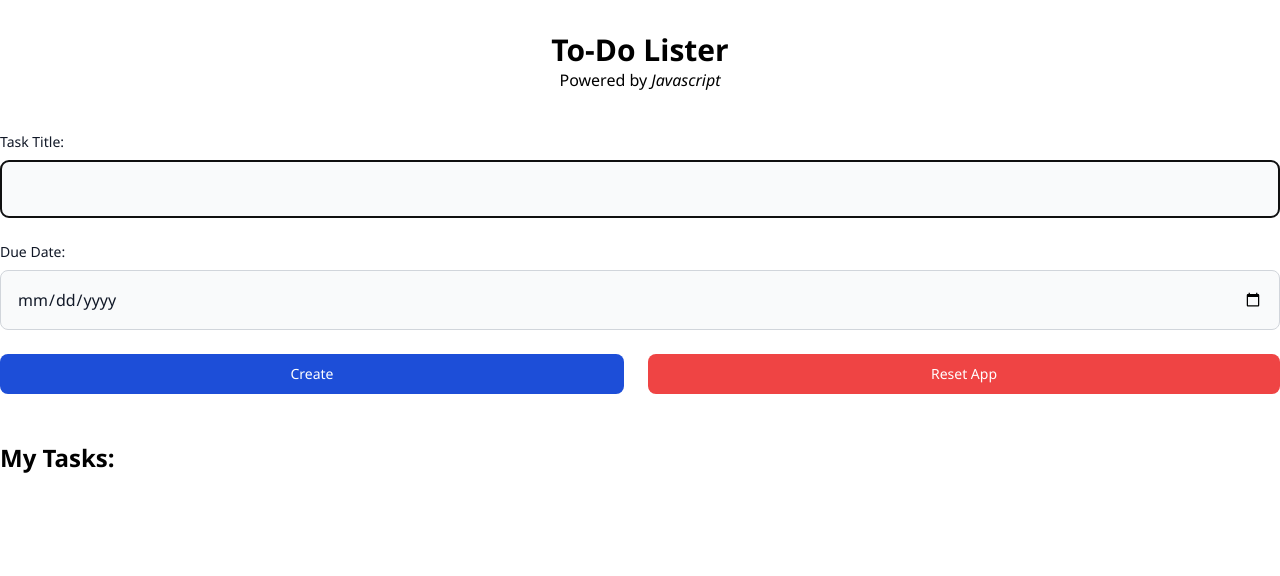
Repository: vxyux/to-do-lister
Page: index.html
An editor plug-in stored every save of this project. The page is shown before and after the next save, followed by the edit.
The browser window is 1280 px wide. The pictures show the whole page.
Some web libraries are served in a nearby version.

Above is the page before, as saved 2023-09-06 13:52:57.

### index.html
<!DOCTYPE html>
<html lang="en">
<head>
  <meta charset="UTF-8">
  <meta name="viewport" content="width=device-width, initial-scale=1.0">
  <title>Javascript To-Do Lister</title>
  <link rel="stylesheet" href="stylesheet.css">
  <script src="https://cdn.tailwindcss.com"></script>
  <script src="app.js" async></script>
</head>
<body>

  <div class="container mx-auto">
    <div class="text-center mt-8">
      <h1 class="text-3xl font-bold">
        To-Do Lister
      </h1>
      <p>Powered by <i>Javascript</i></p>
    </div>

    <div class="mt-10">

      <div class="mb-6">
        <label for="userInput" class="block mb-2 text-sm font-medium text-gray-900">
          Task Title:
        </label>
        <input type="text" id="userInput" autofocus class="block w-full p-4 text-gray-900 border border-gray-300 rounded-lg bg-gray-50 sm:text-md focus:ring-blue-500 focus:border-blue-500 dark:bg-gray-700 dark:border-gray-600 dark:placeholder-gray-400 dark:text-white dark:focus:ring-blue-500 dark:focus:border-blue-500">
      </div>

      <div class="mb-6">
        <label for="userInput" class="block mb-2 text-sm font-medium text-gray-900">
          Due Date:
        </label>
        <input type="date" min="now();" id="datePickerId" autofocus class="block w-full p-4 text-gray-900 border border-gray-300 rounded-lg bg-gray-50 sm:text-md focus:ring-blue-500 focus:border-blue-500 dark:bg-gray-700 dark:border-gray-600 dark:placeholder-gray-400 dark:text-white dark:focus:ring-blue-500 dark:focus:border-blue-500">
      </div>

      <div class="grid grid-cols-2 gap-4">
        <button type="submit" onclick="newTask()" class="text-white bg-blue-700 hover:bg-blue-800 focus:ring-4 focus:ring-blue-300 font-medium rounded-lg text-sm px-5 py-2.5 mr-2 mb-2 dark:bg-blue-600 dark:hover:bg-blue-700 focus:outline-none dark:focus:ring-blue-800">
          <span>
            Create
          </span>
        </button>

        <button type="submit" onclick="resetApp()" class="float-right text-white bg-red-500 hover:bg-red-700 focus:ring-4 focus:ring-blue-300 font-medium rounded-lg text-sm px-5 py-2.5 mb-2 dark:bg-red-600 dark:hover:bg-red-700 focus:outline-none dark:focus:ring-blue-800">
          <span>
            Reset App
          </span>
        </button>
      </div>

    </div>

    <div class="mt-10">
      <h3 class="text-2xl mb-4 font-bold">My Tasks:</h3>
      <ul id="to-dos">
        <!-- <li class="task_item" id="1" onclick="completeTask(this.id)">
          This is the first task.
        </li> -->
      </ul>
    </div>

  </div>
</body>
</html>

### stylesheet.css
*
{
  font-family: 'Segoe UI', Tahoma, Geneva, Verdana, sans-serif;
}

.container {
  max-width: 500px;
}

.task_item {
  border-style: solid;
  border-width: 4px;
  border-color: blue;
  font-weight: bold; /* Making font bold */
  border-radius: 10px; /* Making border radius */
  width: auto; /* Making auto-sizable width */
  height: auto; /* Making auto-sizable height */
  padding: 5px 30px 10px 30px; /* Making space around letters */
  margin-bottom: 8px;

  transition: 250ms;
}

.task_item:hover {
  background-color: red;
  border-color: red;
  transition: 250ms;
}

### app.js
// gets localstorage for todos else create a new array
let todolist = JSON.parse(localStorage.getItem('todos')) || [];
let count = 0;

let todaysDate = new Date().toISOString().split('T')[0];

let toDoTitle = document.getElementById('userInput');
let DueDate = document.getElementById('datePickerId');

// set minimum attribute for datePickerId as today
DueDate.min = todaysDate;

// when page is loading, run retrieveTasks function
retrieveTasks();

function newTask() {
  // get the data provided by the user from the input field
  let userInput = document.getElementById('userInput').value;
  let dueInput = document.getElementById('datePickerId').value;

  if (IsEmpty(userInput) && dueInput >= todaysDate) {
    // not empty
    const todo = { id: Date.now(), task: userInput, due: dueInput };

    // push the new task to the todolist JSON
    todolist.push(todo);

    localStorage.setItem('todos', JSON.stringify(todolist));

    //console.log(JSON.stringify(todolist, null, 2));

    // call to function that creates a new 'li' element
    output(todo);

    // increment count and save into localStorage
    count++;
    localStorage.setItem('count-todos', count);
  } else {
    // indeed empty
    alert('There seems to be something wrong with your data...');
  }
}

function output(todo) {
  // define tag that creates a new element under the tag 'li'
  let tag = document.createElement('li');

  // adding class 'task_item', id as the next number, and onclick on the corresponding function to that tag.
  tag.classList.add('task_item');
  tag.setAttribute('id', todo.id);

  /*
    stands rather the same as tag.onclick = function () {}
  */
  tag.onclick = () => completeTask(todo.id);

  // assign the userInput let with content
  let content = document.createTextNode(todo.task);
  tag.appendChild(content); // make tag the content's parent

  // define the element tag with the to-dos list ul
  let element = document.getElementById('to-dos');

  // make element the tag's parent
  element.appendChild(tag);
}

function completeTask(task_id) {
  //remove it from front-end
  let completedTask = document.getElementById(task_id);
  completedTask.remove();

  // as the name suggest, it filters out the filter where it takes out the completed task id
  todolist = todolist.filter((todo) => todo.id !== task_id);

  // in order to save data in localStorage, the object 'todolist' must be converted to string
  localStorage.setItem('todos', JSON.stringify(todolist));

  count--;
  localStorage.setItem('count-todos', count);

  //console.log(result);
}

function retrieveTasks() {
  todolist.forEach((element) => console.log(element));

  todolist.forEach((element) => output(element));
}

function resetApp() {
  localStorage.clear();
  location.reload();
}

function IsEmpty(input) {
  if (input === '') {
    return false;
  }
  return true;
}

After the next save:
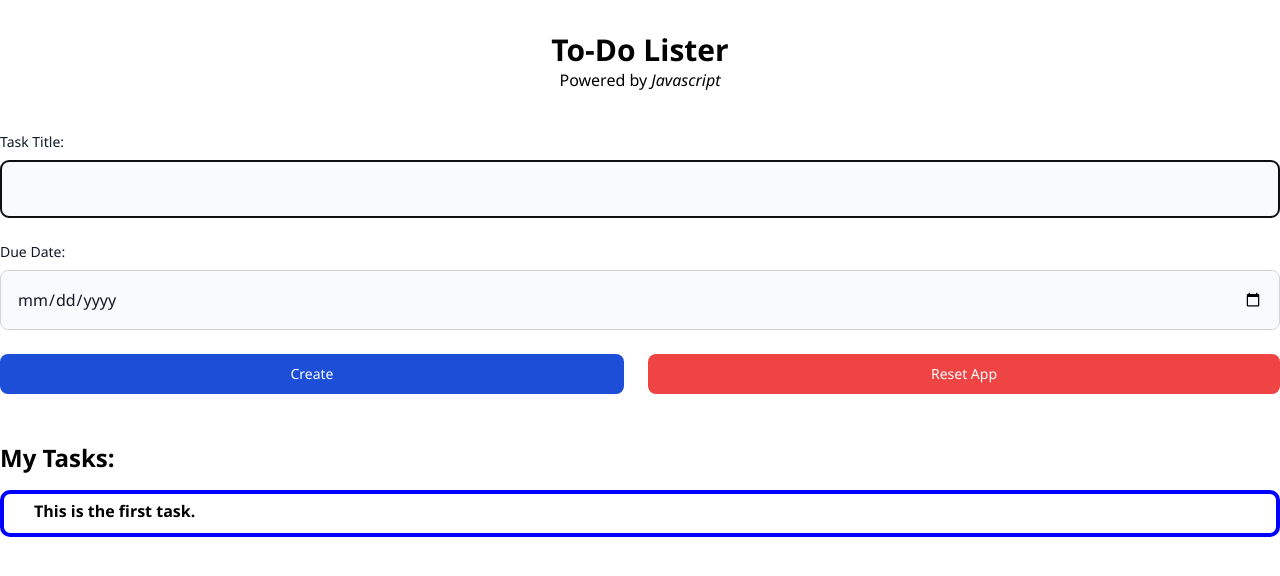
Saved 73 s later.
--- a/index.html
+++ b/index.html
@@ -53,9 +53,9 @@
     <div class="mt-10">
       <h3 class="text-2xl mb-4 font-bold">My Tasks:</h3>
       <ul id="to-dos">
-        <!-- <li class="task_item" id="1" onclick="completeTask(this.id)">
+        <li class="task_item" id="1" onclick="completeTask(this.id)">
           This is the first task.
-        </li> -->
+        </li>
       </ul>
     </div>
 

After the 6 saves that followed:
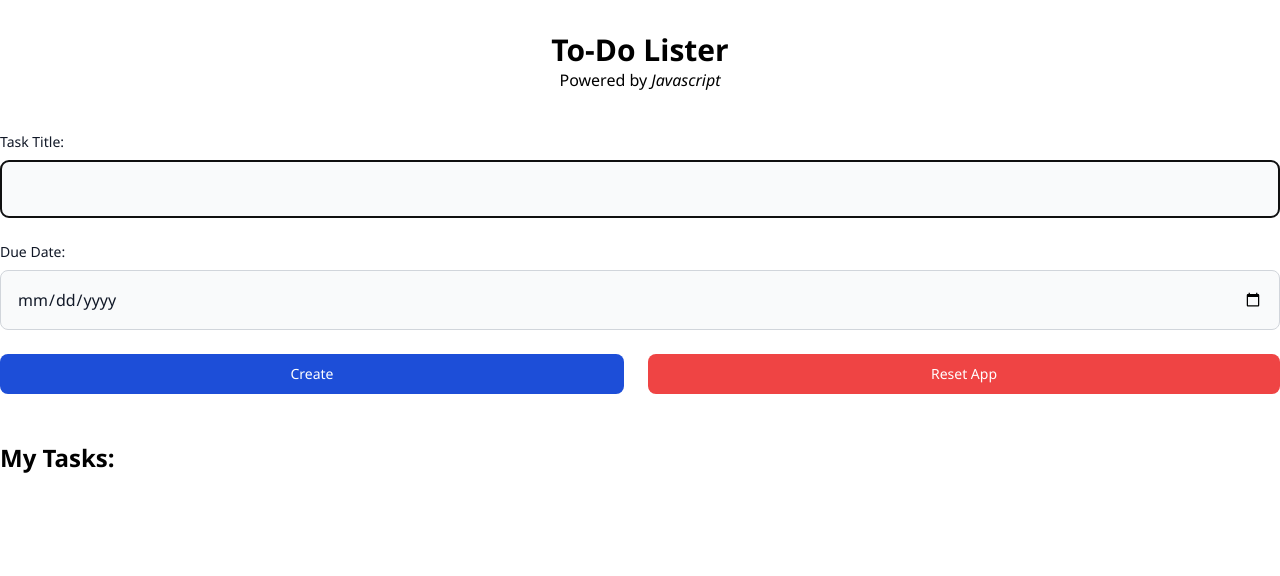
The 6 saves are shown as one change because 1 left the picture as it was and some came seconds apart.
The last was saved 37 s later.
--- a/index.html
+++ b/index.html
@@ -53,9 +53,9 @@
     <div class="mt-10">
       <h3 class="text-2xl mb-4 font-bold">My Tasks:</h3>
       <ul id="to-dos">
-        <li class="task_item" id="1" onclick="completeTask(this.id)">
+        <!-- <li class="task_item" id="1" onclick="completeTask(this.id)">
           This is the first task.
-        </li>
+        </li> -->
       </ul>
     </div>
 
